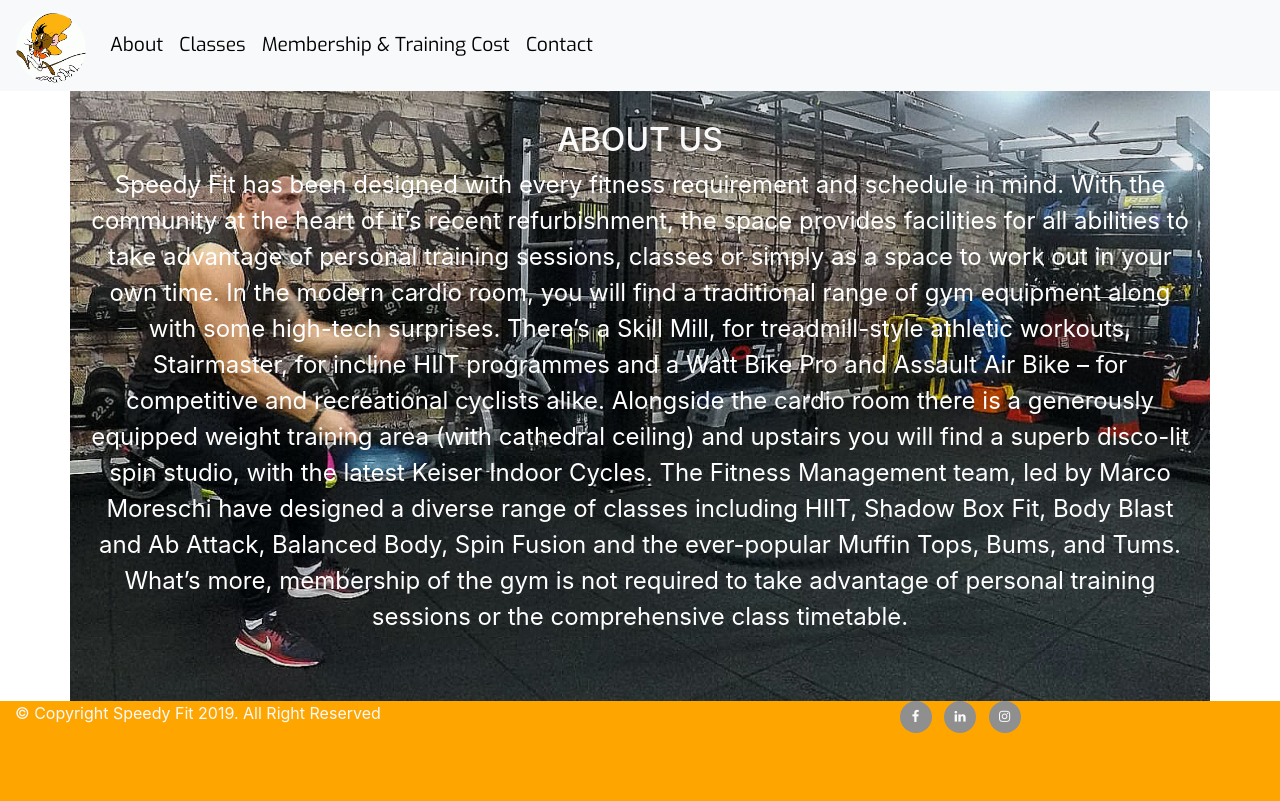
Repository: marcomoreschi/Milestrone-project
Page: index.html
The author's editor kept a record of every edit. The page is drawn from the files as they stood at one moment, then again after the next edit.
The browser window is 1280 px wide. The pictures show the whole page.
Some web libraries are served in a nearby version.

Above is the page before.

### index.html
<!DOCTYPE html>
<html lang="en">

<head>
    <meta charset="UTF-8">
    <meta name="viewport" content="width=device-width, initial-scale=1.0">
    <meta http-equiv="X-UA-Compatible" content="ie=edge">
    <link rel="stylesheet" href="https://maxcdn.bootstrapcdn.com/bootstrap/4.1.3/css/bootstrap.min.css">
    <link rel="stylesheet" href="https://maxcdn.bootstrapcdn.com/font-awesome/4.7.0/css/font-awesome.min.css" type="text/css" />
    <link rel="stylesheet" href="https://cdnjs.cloudflare.com/ajax/libs/hover.css/2.1.1/css/hover-min.css" type="text/css" />
    <link rel="stylesheet" href="assets/css/style.css">
    <title>Speedy Fit</title>
</head>

<body>

    <header>
        <nav class="navbar navbar-expand-lg navbar-light bg-light">
            <a class="navbar-brand" href="index.html">
      <img src="assets/images/logo.jpg"></img>
        </a>
            <button class="navbar-toggler" type="button" data-toggle="collapse" data-target="#navbarNavDropdown" aria-controls="navbarNavDropdown" aria-expanded="false" aria-label="Toggle navigation">
    <span class="navbar-toggler-icon"></span>
  </button>
            <div class="collapse navbar-collapse" id="navbarNavDropdown">
                <ul class="navbar-nav">
                    <li class="nav-item active">
                        <a class="nav-link" href="index.html">About<span class="sr-only">(current)</span></a>
                    </li>
                    <li class="nav-item">
                        <a class="nav-link" href="classes.html">Classes</a>
                    </li>
                    <li class="nav-item">
                        <a class="nav-link" href="membership&trainingcost.html">Membership & Training Cost</a>
                    </li>
                    <li class="nav-item">
                        <a class="nav-link" href="contact.html">Contact</a>
                    </li>
                </ul>
            </div>
        </nav>

    </header>

    <section class="container about-us-section">

        <div class="row">

            <h2 class="col-sm-12">About Us</h2>

            <p class=col-sm-12> Speedy Fit has been designed with every fitness requirement and schedule in mind. With the community at the heart of it’s recent refurbishment, the space provides facilities for all abilities to take advantage of personal training sessions, classes
            or simply as a space to work out in your own time. In the modern cardio room, you will find a traditional range of gym equipment along with some high-tech surprises. There’s a Skill Mill, for treadmill-style athletic workouts, Stairmaster,
            for incline HIIT programmes and a Watt Bike Pro and Assault Air Bike – for competitive and recreational cyclists alike. Alongside the cardio room there is a generously equipped weight training area (with cathedral ceiling) and upstairs you
            will find a superb disco-lit spin studio, with the latest Keiser Indoor Cycles. The Fitness Management team, led by Marco Moreschi have designed a diverse range of classes including HIIT, Shadow Box Fit, Body Blast and Ab Attack, Balanced
            Body, Spin Fusion and the ever-popular Muffin Tops, Bums, and Tums. What’s more, membership of the gym is not required to take advantage of personal training sessions or the comprehensive class timetable.
            </p>

        </div>

    </section>

    <footer class="container-fluid ">
        <div id="footer-details " class="row ">
            <div class="col-sm-6 ">
                <p class="copyright">&#169; Copyright Speedy Fit 2019. All Right Reserved</p>
            </div>
            <div class="col-sm-6 ">
                <ul class="list-inline social-links ">
                    <li class="list-inline-item ">
                        <a target="_blank " href="# ">
                            <i class="fa fa-facebook " aria-hidden="true "></i>
                            <span class="sr-only ">Facebook</span>
                        </a>
                    </li>
                    <li class="list-inline-item ">
                        <a target="_blank " href="#">
                            <i class="fa fa-linkedin " aria-hidden="true "></i>
                            <span class="sr-only ">LinkedIn</span>
                        </a>
                    </li>
                    <li class="list-inline-item ">
                        <a target="_blank " href="# ">
                            <i class="fa fa-instagram " aria-hidden="true "></i>
                            <span class="sr-only ">Instagram</span>
                        </a>
                    </li>
                </ul>
            </div>
        </div>
    </footer>

</body>

</html>

### assets/css/style.css
@import url('https://fonts.googleapis.com/css?family=Roboto:100,200,300,400,500,600,700|Exo:100,200,300,400,500,600,700');


/* -----------------------------------------Heading */

.navbar {
    margin-bottom: 0;
    border: 0;
    background-color: black;
    text-align: center;
}

.navbar-brand {
    height: 75px;
}

.navbar-brand img {
    width: 70px;
    height: 70px;
    border-radius: 50%;
}

.nav-item a {
    font-size: 1.2em;
    font-family: 'Exo', sans-serif;
    color: black !important;
}

.navbar ul li a:hover {
    color: #ffa500 !important;
    transition: all 0.35s ease-in-out;
    -moz-transition: all 0.35s ease-in-out;
    -webkit-transition: all 0.35s ease-in-out;
    -o-transition: all 0.35s ease-in-out;
}

/* -----------------------------------------About */



.about-us-section {
    background: url("../images/rope.jpg") no-repeat center;
    min-height: 100%;
    min-width: 1024px;
   -webkit-background-size: cover;
   -moz-background-size: cover;
   -o-background-size: cover;
    background-size: cover;
}

.container h2 {
    text-align: center;
    padding-top: 30px;
    color: #fafafa;
    text-transform: uppercase;
}

.container p {
    text-align: center;
    padding-bottom: 50px;
    color: #fff;
    font-size: 1.5em;
}


/* -----------------------------------------Footer */

footer {
    background-color: #ffa500;
    color: #fafafa;
    min-height: 100px;
    margin: 0;
}

.social-links {
    padding-bottom: 15px;
    text-align: center;
}

.social-links li a i {
    width: 32px;
    height: 32px;
    padding: 12px 0;
    border-radius: 50%;
    font-size: 13px;
    line-height: 7px;
    text-align: center;
    color: #fafafa;
    background: #8f8f8f;
    transition: all 0.35s ease-in-out;
    -moz-transition: all 0.35s ease-in-out;
    -webkit-transition: all 0.35s ease-in-out;
    -o-transition: all 0.35s ease-in-out;
}

.social-links li a i:hover {
    background: #e84610;
}

#footer-details {
    padding: 20px;
    text-align: center;
}

After the next edit:
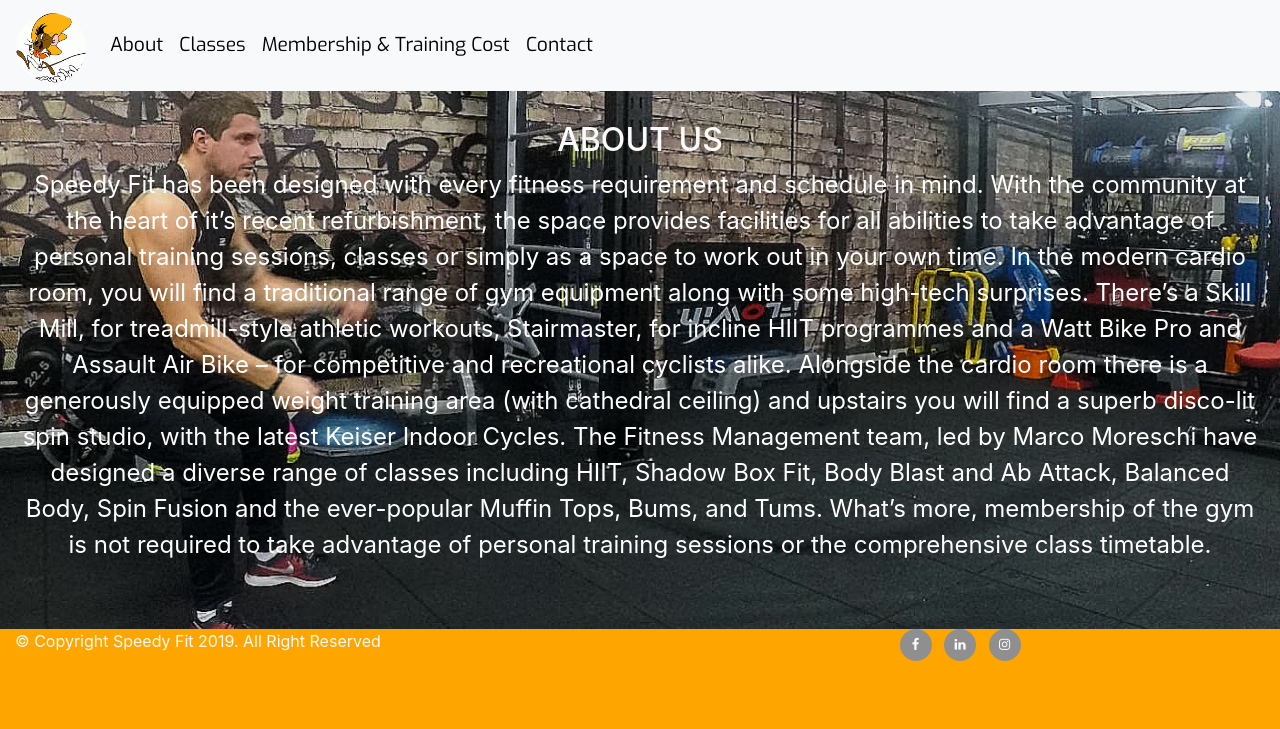
The edit:
--- a/assets/css/style.css
+++ b/assets/css/style.css
@@ -41,7 +41,7 @@
 .about-us-section {
     background: url("../images/rope.jpg") no-repeat center;
     min-height: 100%;
-    min-width: 1024px;
+    min-width: 100%;
    -webkit-background-size: cover;
    -moz-background-size: cover;
    -o-background-size: cover;
